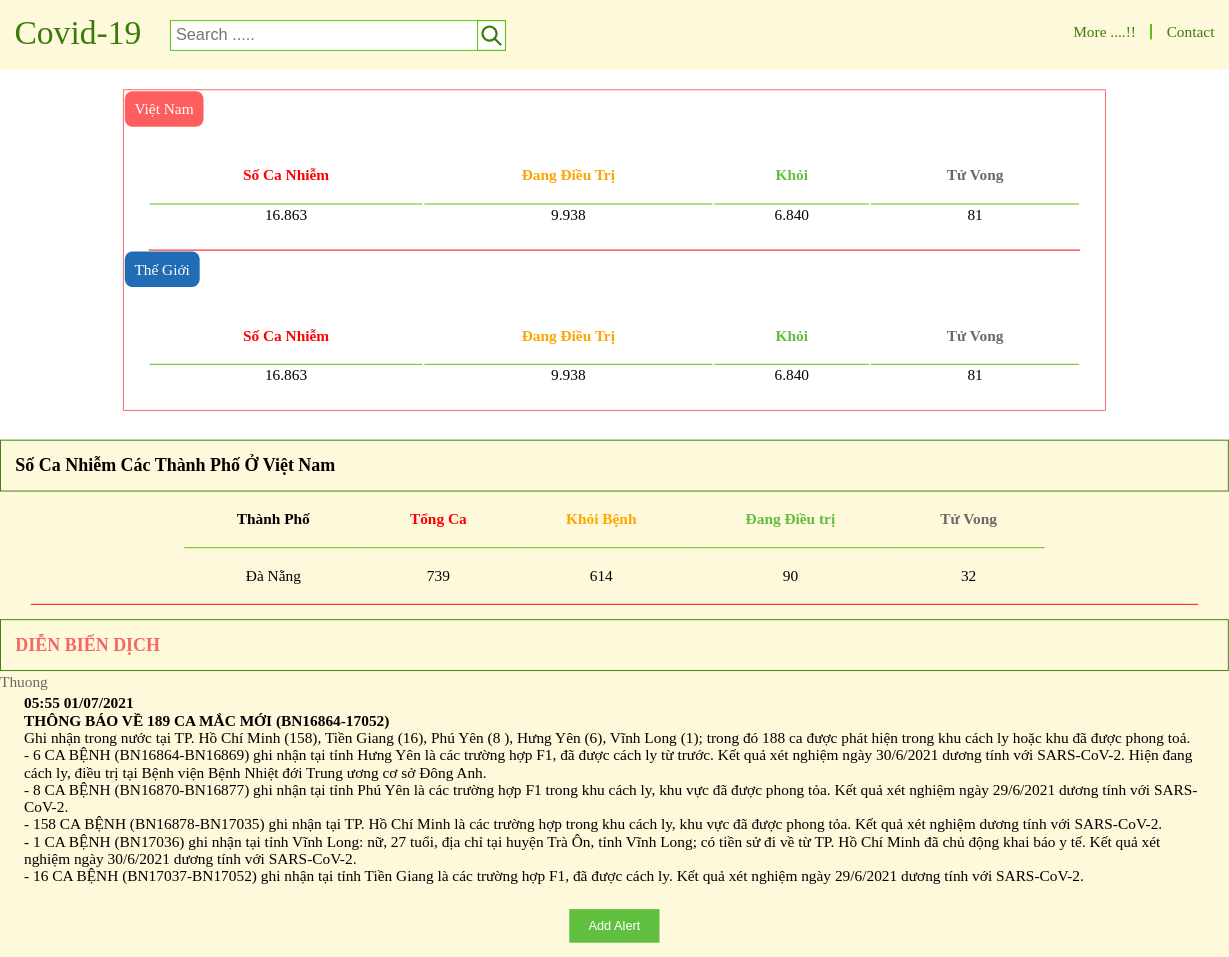
Repository: thuongton98/Covid
Page: html-css-js/index.html
These files come from the project's save history. The page is drawn as it stood at one moment and after the next save; the edit follows.
The browser window is 1280 px wide. The pictures show the whole page, at 96% of full size.

Above is the page before, as saved 2021-07-01 10:35:08.

After the next save:
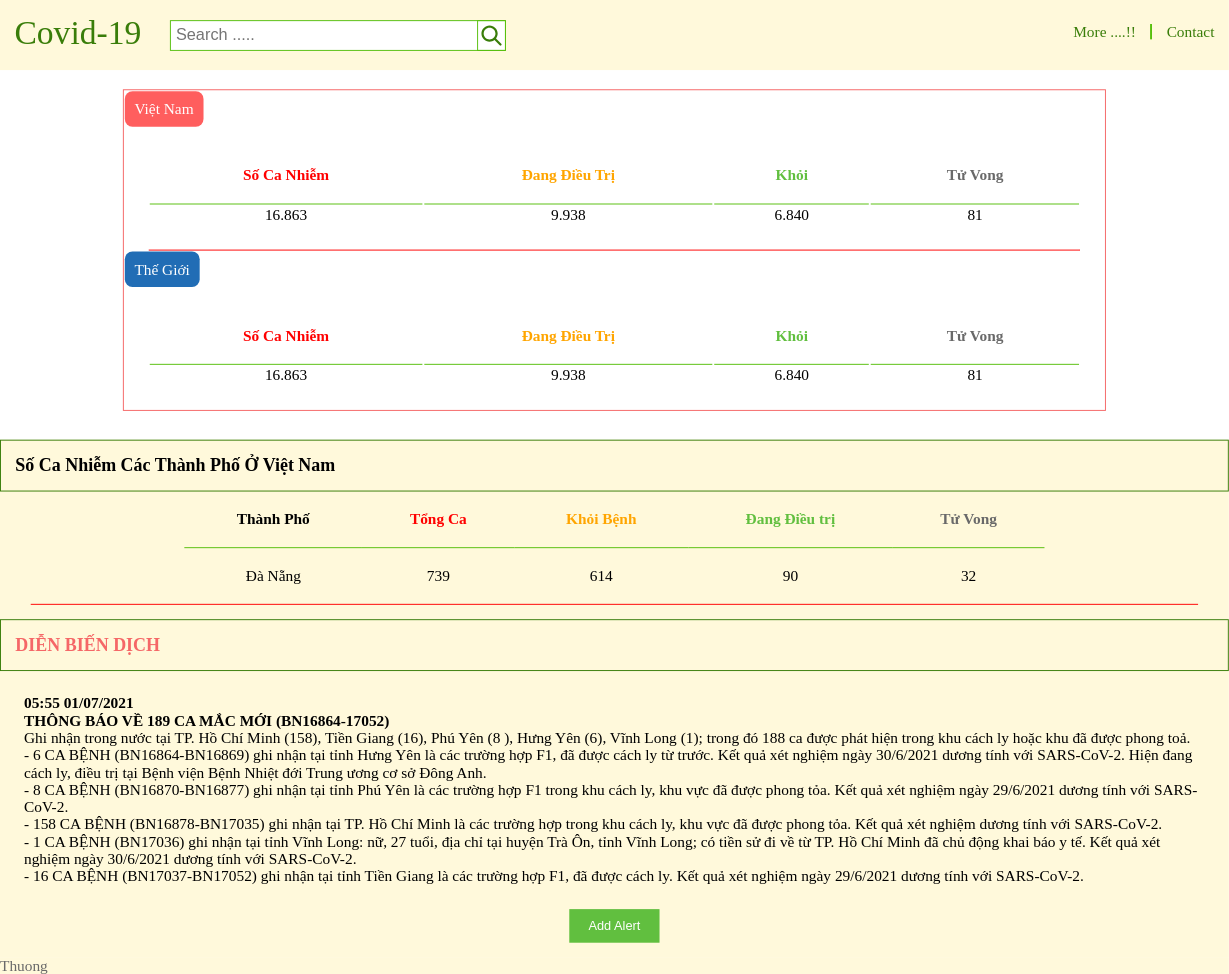
Saved 7 s later.
--- a/html-css-js/styles.css
+++ b/html-css-js/styles.css
@@ -203,8 +203,7 @@
 
 footer{
 
-    position: absolute;
-    bottom: 0;
+
     background-color: #fff9db;
 }
 
